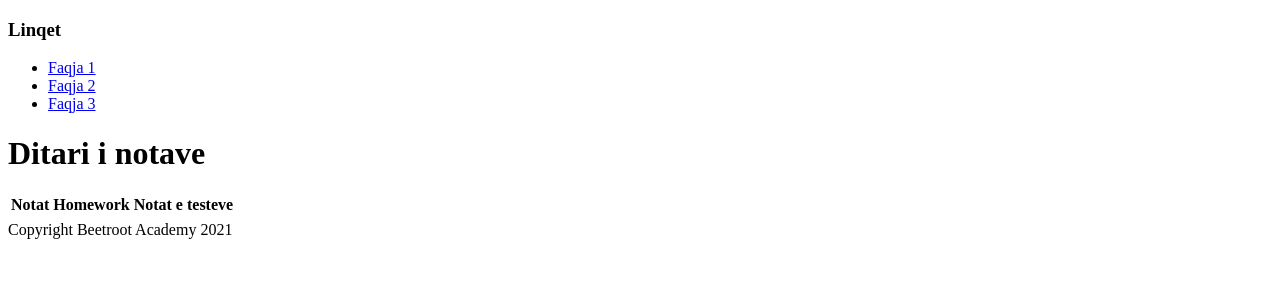
Repository: lendk/beetroot-fe-g1
Page: 02/index.html
The author's editor kept a copy of each file at every save. The page is drawn from the files as they stood at one save, then again after a run of saves.
The browser window is 1280 px wide. The pictures show the whole page.

Above is the page before, as saved 2021-01-16 09:39:05.

### 02/index.html
<!DOCTYPE html>

<html>

<head>
  <title>Ligjerata 2/3 Html5</title>
</head>

<body>
  <header>
    <h3>Linqet</h3>
    <ul>
      <li><a href="#">Faqja 1</a></li>
      <li><a href="#">Faqja 2</a></li>
      <li><a href="#">Faqja 3</a></li>
    </ul>
  </header>
  <main>
    <h1>Ditari i notave</h1>
    <table>
      <tr>
        <th>Notat Homework</th>
        <th>Notat e testeve</th>
      </tr>
      <tr>
        <td></td>
      </tr>
    </table>
  </main>
  <footer>
    <span>Copyright Beetroot Academy 2021</span>
  </footer>

</body>

</html>

After the next 2 saves:
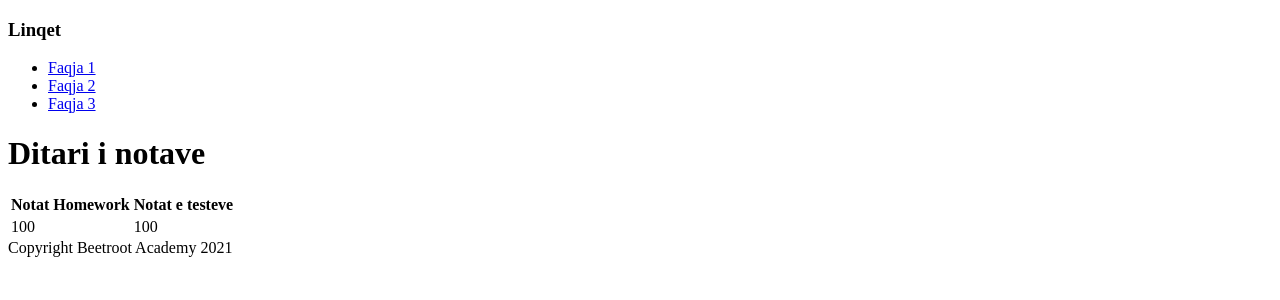
The 2 saves are shown as one change because they came seconds apart.
The last was saved 27 s later.
--- a/02/index.html
+++ b/02/index.html
@@ -23,7 +23,8 @@
         <th>Notat e testeve</th>
       </tr>
       <tr>
-        <td></td>
+        <td>100</td>
+        <td>100</td>
       </tr>
     </table>
   </main>
